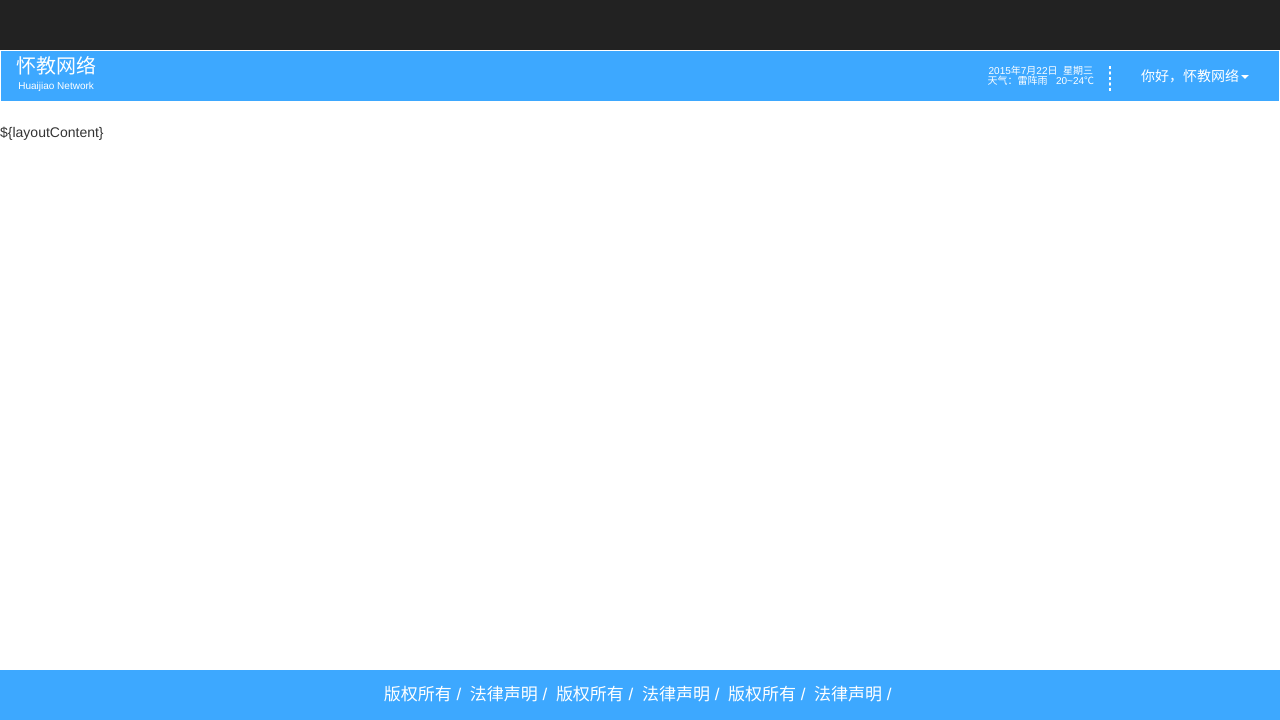
Repository: GaoChengliang/summerTask
Page: Campus_gcl/WebRoot/common/_layout.html
An editor plug-in stored every save of this project. The page is shown before and after a run of saves, followed by the edit.
The browser window is 1280 px wide. The pictures show the whole page.

Above is the page before, as saved 2015-09-08 11:06:57.

After the next 2 saves:
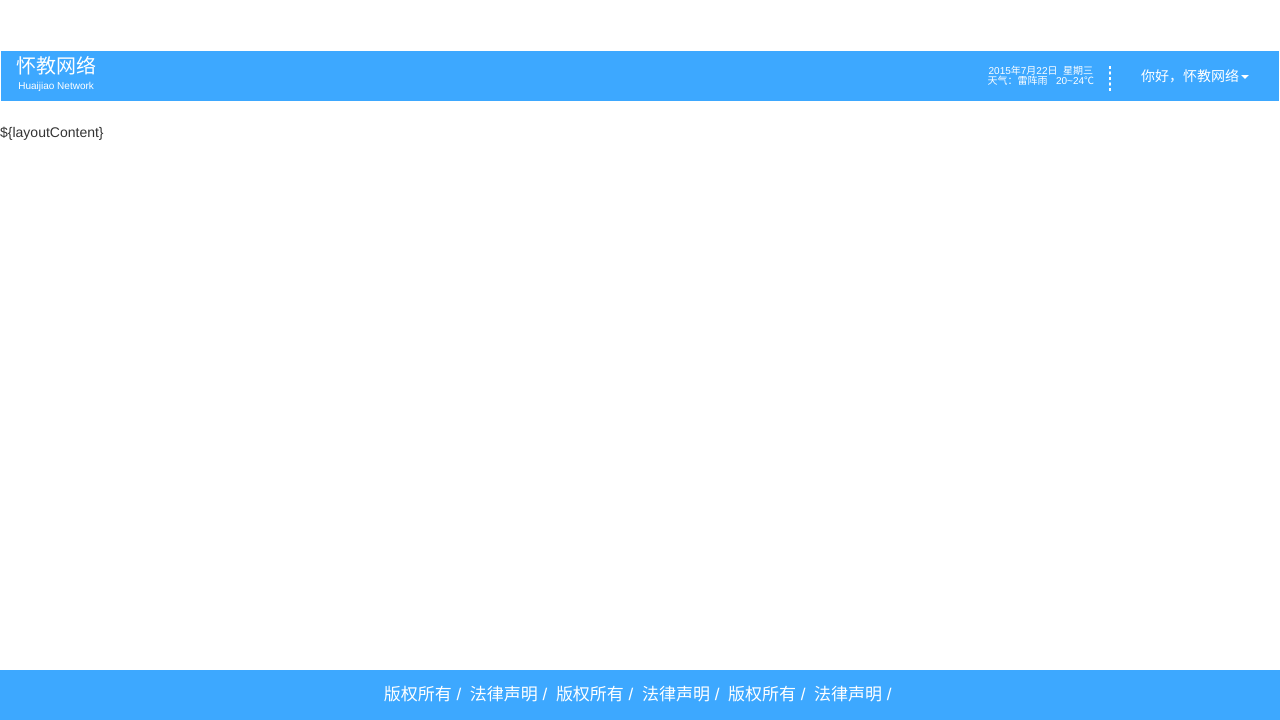
The 2 saves are shown as one change because they came seconds apart.
The last was saved 62 s later.
--- a/Campus_gcl/WebRoot/common/_layout.html
+++ b/Campus_gcl/WebRoot/common/_layout.html
@@ -19,11 +19,6 @@
 <script src="/js/sider/mtree.js"></script>
 </head>
 <body>
-	<nav class="navbar navbar-inverse navbar-fixed-top">
-		<div class="container-fluid" style="height:20px; text-align:center">
-
-		</div>
-	</nav>
 
 	<nav class="navbar">
 		<div class="container-fluid" style="background: #3DA8FF;">
